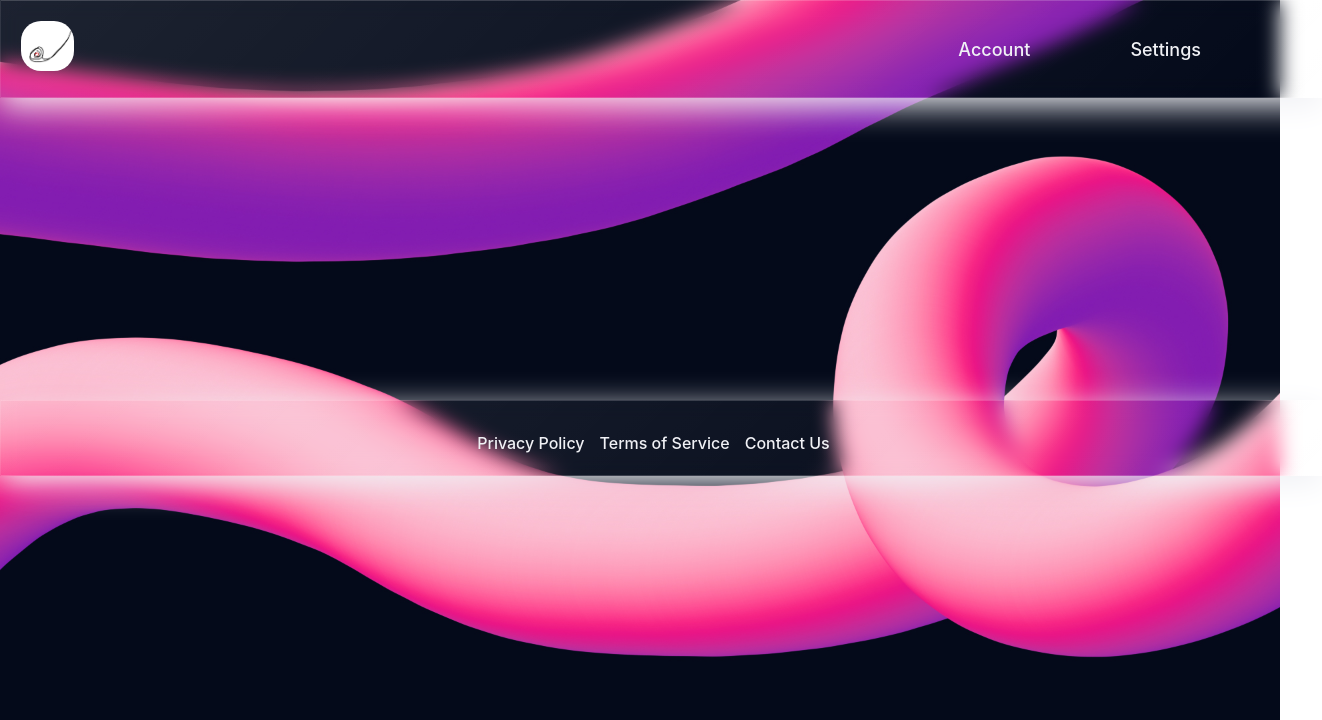
Repository: Jennica1/Front-end-project
Page: /feed (app in react/)
These files come from the project's save history. The page is drawn as it stood at one moment and after the next save; the edit follows.
The browser window is 1280 px wide. The page is 1322 px wide, so the pictures cover 1322 px, including what lies to the right of the window. The pictures show the whole page.
The page's requests for data from a server got no answer. The project was rebuilt for these pictures with package versions that can differ from the ones it lists, and the page was loaded fresh each time. No one was signed in, and anything a server would have sent is missing. Also part of the build but not shown: react/vite.config.js, react/src/pages/styles/Home.css, react/src/Components/Button/Button.css, react/src/Components/Button/Button.jsx, react/src/Components/Sidebar/Sidebar.css, react/src/Components/Sidebar/Sidebar.jsx, react/src/Components/Card/Card.css, react/src/Components/Card/Card.jsx and 18 more.

Above is the page before, as saved 2024-11-30 20:08:58.

### react/src/App.jsx
import React from "react";
import { BrowserRouter as Router, Route, Routes } from "react-router-dom";
import Header from "./Components/Header/Header";
import Footer from "./Components/Footer/Footer";
import Home from "./pages/Home";
import Explore from "./pages/Explore";
import Account from "./pages/Account";
import Settings from "./pages/Settings";
import Privacy from "./pages/Privacy";
import Contact from "./pages/Contact";
import Terms from "./pages/Terms";
import PlaylistPage from "./Components/PlaylistPage/PlaylistPage"; // Import PlaylistPage
import Feed from "./pages/Feed";

const App = () => {
  return (
    <Router>
      <Header />
      <main>
        <Routes>
          <Route path="/" element={<Home />} />
          <Route path="/explore" element={<Explore />} />
          <Route path="/account" element={<Account />} />
          <Route path="/settings" element={<Settings />} />
          <Route path="/privacy" element={<Privacy />} />
          <Route path="/terms" element={<Terms />} />
          <Route path="/contact" element={<Contact />} />
          <Route path="/playlist/:name" element={<PlaylistPage />} />{" "}
          <Route path="/feed" element={<Feed />} />
        </Routes>
      </main>
      <Footer />
    </Router>
  );
};

export default App;

### react/src/Components/Header/Header.jsx
import React from 'react';
import { Link } from 'react-router-dom';
import './Header.css';

const Header = () => {
    return (
        <header className="header">
            <div className="header-container">
            <Link to="/">
                <img src="./images/logo.png" alt="Logo" className="logo" />
            </Link>
                <nav>
                    <ul className="nav-list">
                        <li className="nav-item"><Link to="/account">Account</Link></li>
                        <li className="nav-item"><Link to="/settings">Settings</Link></li>
                    </ul>
                </nav>
            </div>
        </header>
    );
};

export default Header;

### react/src/Components/Footer/Footer.jsx
import React from 'react';
import { Link } from 'react-router-dom';
import './Footer.css';

const Footer = () => {
    return (
        <footer className="footer">
            <nav>
                <ul className="footer-list">
                    <li className="footer-item"><Link to="/privacy">Privacy Policy</Link></li>
                    <li className="footer-item"><Link to="/terms">Terms of Service</Link></li>
                    <li className="footer-item"><Link to="/contact">Contact Us</Link></li>
                </ul>
            </nav>
        </footer>
    );
};

export default Footer;

### react/src/pages/Feed.jsx
import { useEffect,  useReducer } from 'react';

import PostList from "../Components/Feed/PostList";

import { AppContext, appReducer } from '../Components/Feed/appContext';

import { Link, Outlet } from 'react-router-dom';
const Feed = () => {
    return (
        <>
        </>
    )
}

export default Feed;

### react/src/Components/Header/Header.css
.header {
    background: linear-gradient(135deg, var(--transparentDarkGray), var(--transparentBlack));
    backdrop-filter: blur(10px);
    border: 1px solid var(--transparentBlack18);
    box-shadow: 0 8px 32px 0;
    padding: 20px;
    position: absolute;
    width: 100%;
    top: 0;
    left: 0;
}

.header-container {
    display: flex;
    align-items: center;
    justify-content: space-between;
    width: 100%;
}

.logo {
    height: 50px;
    border-radius: 20px;
}

.nav-list {
    display: flex;
    list-style-type: none;
    padding: 0;
    margin: 0;
}

.nav-item {
    margin-right: 100px;
}

.nav-item a {
    color: var(--color-light);
    text-decoration: none;
    font-size: 18px;
}

.nav-item a:hover {
    text-decoration: underline;
    color: var(--color-light);
}

### react/src/Components/Footer/Footer.css
.footer {
    background: linear-gradient(135deg,var(--transparentDarkGray),var(--transparentBlack));
    backdrop-filter: blur(10px);
    border:1px solid var(--transparentBlack18);
    box-shadow:0 8px 32px 0;
    color: var(--color-light);
    padding: 20px;
    text-align: center;
    position: absolute;
    left: 0;
    width: 100%;
    margin-top: 40px;
}

.footer-content {
    display: flex;
    flex-direction: column;
    align-items: center;
}

.footer-list {
    list-style-type: none;
    padding: 0;
    margin: 10px 0 0 0;
}

.footer-list .footer-item {
    display: inline;
    margin-right: 15px;
}

.footer-item a {
    color: var(--color-light);
    text-decoration: none;
}

.footer-item a:hover {
    text-decoration: underline;
    color: var(--color-light);
}

Loaded but not shown: react/index.html (common file); react/src/main.jsx (common file); react/src/index.css (common file); react/src/Components/Feed/appContext.js (no stored copy; drawn as an empty file)

After the next save:
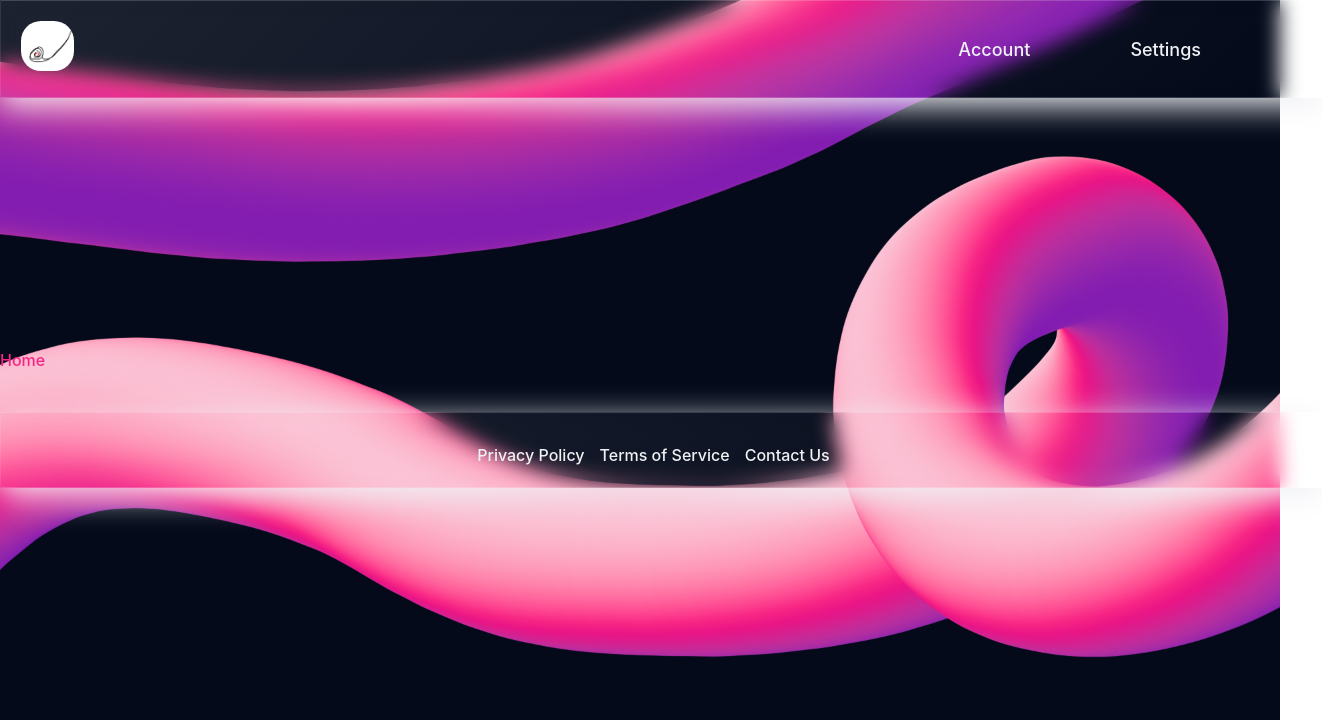
Saved 53 s later.
--- a/react/src/pages/Feed.jsx
+++ b/react/src/pages/Feed.jsx
@@ -1,13 +1,55 @@
 import { useEffect,  useReducer } from 'react';
+import PostList from "../Components/Feed/PostList";
+import { AppContext, appReducer } from '../Components/Feed/appContext';
+import { Link, Outlet } from 'react-router-dom';
 
-import PostList from "../Components/Feed/PostList";
+const Feed = () => {
+      // const [posts, setPosts] = useState([]);
+  const [posts, dispatch] = useReducer(appReducer, []);
 
-import { AppContext, appReducer } from '../Components/Feed/appContext';
+  function getComments(comments, post) {
+    return comments.filter(comment => comment.postId == post.id);
+  }
 
-import { Link, Outlet } from 'react-router-dom';
-const Feed = () => {
+
+
+  useEffect(() => {
+    async function fetchPosts() {
+      try {
+        const [postsResp, commentsResp] = await Promise.all([
+          fetch('https://jsonplaceholder.typicode.com/posts'),
+          fetch('https://jsonplaceholder.typicode.com/comments')
+        ]);
+
+        let posts = await postsResp.json();
+        const comments = await commentsResp.json();
+        posts = posts.map(post => ({...post, comments: getComments(comments, post)}));
+        // setPosts(posts);
+        dispatch({
+          type: 'load_posts',
+          payload: posts,
+        });
+
+      } catch(e) {
+        console.error(e.message);
+      }
+    }
+
+    fetchPosts();
+  }, []);
+
     return (
         <>
+        <div className="App">
+      <Link to="/">Home</Link>
+      {/* <AppContext.Provider value={{
+        posts,
+        dispatch,
+      }}> */}
+        <Outlet context={{ posts, dispatch }} />
+      {/* </AppContext.Provider> */}
+
+    </div>
         </>
     )
 }

After the save that followed:
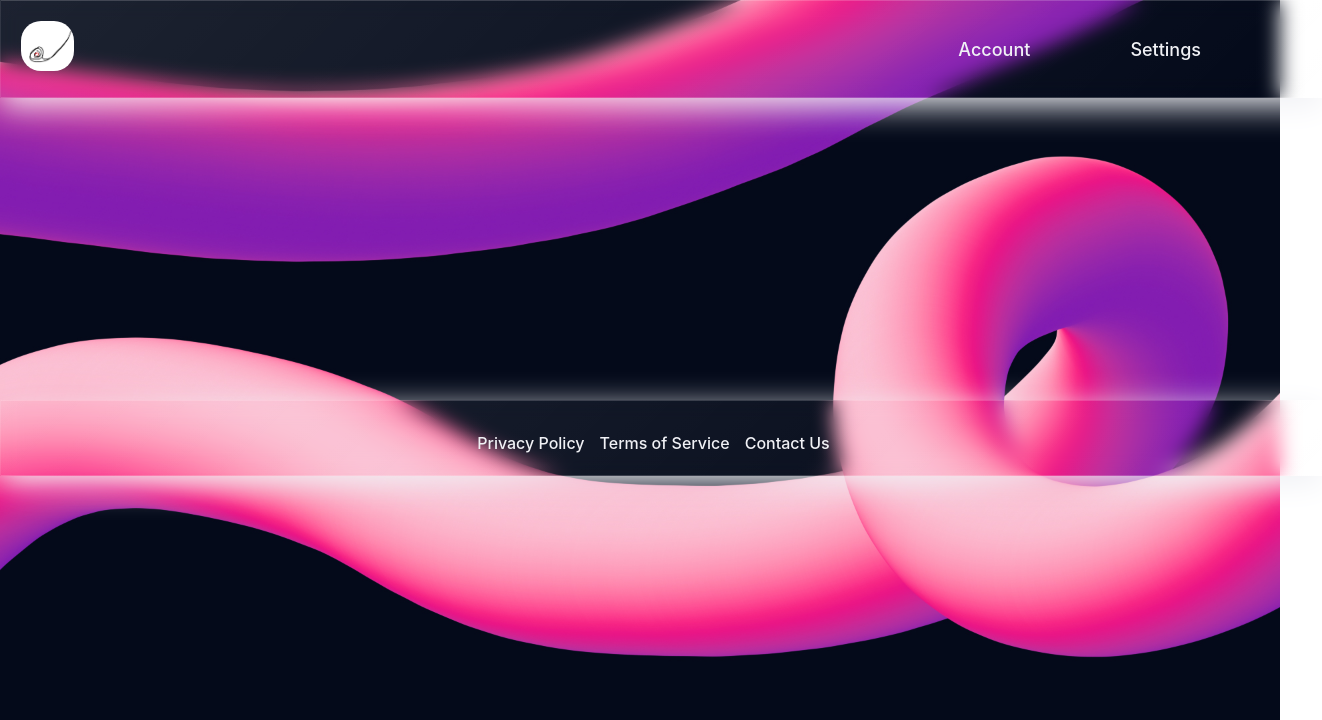
Saved 30 s later.
--- a/react/src/pages/Feed.jsx
+++ b/react/src/pages/Feed.jsx
@@ -40,16 +40,6 @@
 
     return (
         <>
-        <div className="App">
-      <Link to="/">Home</Link>
-      {/* <AppContext.Provider value={{
-        posts,
-        dispatch,
-      }}> */}
-        <Outlet context={{ posts, dispatch }} />
-      {/* </AppContext.Provider> */}
-
-    </div>
         </>
     )
 }
